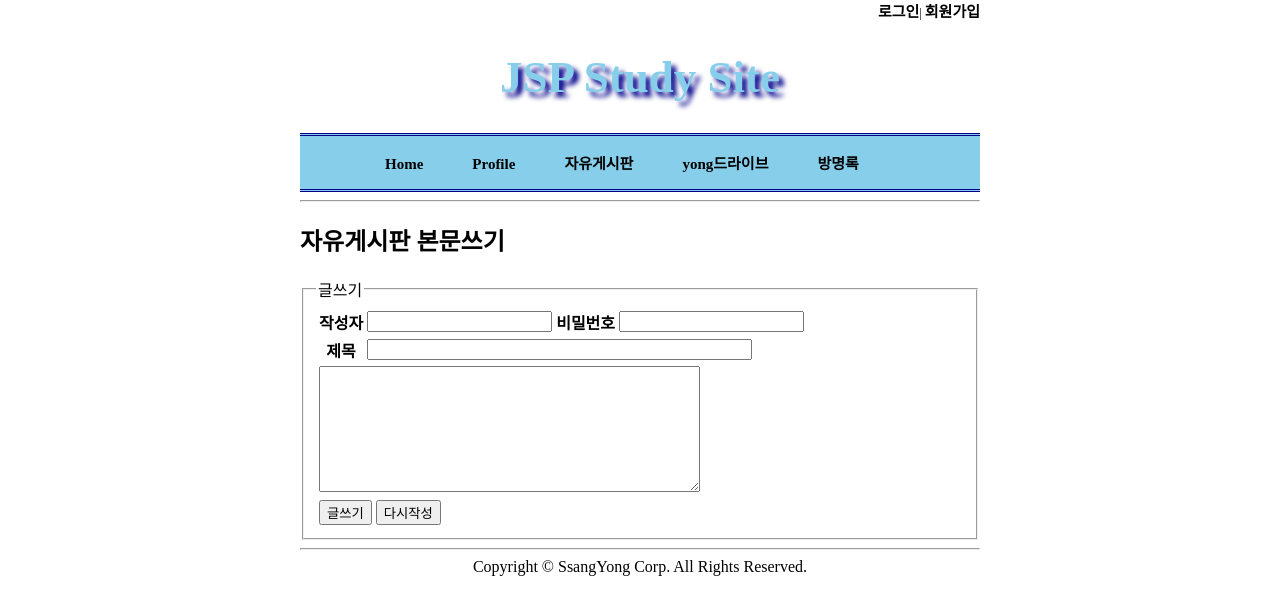
Repository: Rege-97/test
Page: http://localhost/myweb/bbs/bbsWrite.jsp
An editor plug-in stored every save of this project. The page is shown before and after the next save, followed by the edit.
The browser window is 1280 px wide. The pictures show the whole page.
The page is served by Tomcat 9. Other server files are loaded and not shown.

Above is the page before, as saved 2025-03-24 00:47:51.

### myweb/src/main/webapp/bbs/bbsWrite.jsp
<%@ page language="java" contentType="text/html; charset=UTF-8" pageEncoding="UTF-8"%>
<!DOCTYPE html>
<html>
<head>
<meta charset="UTF-8">
<title>Insert title here</title>
<link rel="stylesheet" type="text/css" href="../css/mainLayout.css">
</head>
<body>
	<%@include file="../header.jsp"%>
	<section>
		<article>
			<h2>자유게시판 본문쓰기</h2>
			<form name="bbsWrite" action="bbsWrite_ok.jsp">
				<fieldset>
					<legend>글쓰기</legend>
					<table>
						<tr>
							<th>작성자</th>
							<td>
								<input type="text" name="writer">
							</td>
							<th>비밀번호</th>
							<td>
								<input type="password" name="pwd">
							</td>
						</tr>
						<tr>
							<th>제목</th>
							<td colspan="3">
								<input type="text" name="title" size="45">
							</td>
						</tr>
						<tr>
							<td colspan="4">
								<textarea rows="8" cols="45" name="content"></textarea>
							</td>
						</tr>
						<tr>
						<td colspan="4">
						<input type="submit" value="글쓰기">
						<input type="reset" value="다시작성">
						</td>

						</tr>
					</table>
				</fieldset>
			</form>
		</article>
	</section>
	<%@include file="../footer.jsp"%>
</body>
</html>

### myweb/src/main/webapp/header.jsp
<%@ page language="java" contentType="text/html; charset=UTF-8" pageEncoding="UTF-8"%>
<jsp:useBean id="mdao" class="com.yong.member.MemberDAO"></jsp:useBean>
<!-- 상단으로 구분 -->
<script>
	function openLogin() {
		window
				.open('/myweb/member/login.jsp', 'login',
						'width=450 ,height=350');
	}
</script>
<%
String sname = (String) session.getAttribute("sname");
%>
<header>
	<%
	if (sname == null) {
	%>
	<div>
		<a href="javascript:openLogin()">로그인</a>| <a href="/myweb/member/memberJoin.jsp">회원가입</a>
	</div>
	<%
	} else {
	%>
	<div><%=sname%>님 로그인중... | <a href="/myweb/member/logout.jsp">로그아웃</a>
	</div>
	<%
	}
	%>


	<h1>JSP Study Site</h1>
	<!-- 메뉴 영역으로 구분 -->
	<nav>
		<ul>
			<li><a href="/myweb/index.jsp">Home</a></li>
			<li><a href="/myweb/profile.jsp">Profile</a></li>
			<li><a href="/myweb/bbs/bbsList.jsp">자유게시판</a></li>
			<li><a href="/myweb/webfolder/webfolder.jsp">yong드라이브</a></li>
			<li><a href="#">방명록</a></li>
		</ul>
	</nav>
	<hr>
</header>

### myweb/src/main/webapp/footer.jsp
<%@ page language="java" contentType="text/html; charset=UTF-8"
	pageEncoding="UTF-8"%>
<!-- 하단으로 구분 -->
<footer>
	<hr>
	<div>Copyright &copy; SsangYong Corp. All Rights Reserved.</div>
</footer>

### myweb/src/main/java/com/yong/member/MemberDAO.java
package com.yong.member;

import java.util.*;

import com.yong.emp.EmpDTO;

import java.sql.*;
import java.sql.Date;

public class MemberDAO {

	private Connection conn;
	private PreparedStatement ps;
	private ResultSet rs;

	public static final int NOT_ID = 1;
	public static final int NOT_PWD = 2;
	public static final int LOGIN_OK = 3;
	public static final int ERROR = -1;

	public MemberDAO() {

	}

	/** 회원가입 관련 메서드 */
	public int memberJoin(MemberDTO mdto) {

		try {
			conn = com.yong.db.YongDB.getConn();
			String sql = "insert into jsp_member values(jsp_member_idx.nextval," + "?,?,?,?,?,?,sysdate)";
			ps = conn.prepareStatement(sql);
			ps.setString(1, mdto.getId()); // dto로부터 getId가져옴
			ps.setString(2, mdto.getPwd());
			ps.setString(3, mdto.getName());
			ps.setString(4, mdto.getEmail());
			ps.setString(5, mdto.getTel());
			ps.setString(6, mdto.getAddr());
			int count = ps.executeUpdate(); // 결과 리턴해주면 비즈니스 로직 끝
			return count; // 리턴

		} catch (Exception e) {
			e.printStackTrace();
			return -1; // 무언가가 잘못됐을 경우 양수만 아니면 되므로 -1 넣어서 무언가 잘못됐다고 알려줌
		} finally {
			try {
				if (ps != null)
					ps.close();
				if (conn != null)
					conn.close();
			} catch (Exception e2) {
			}
		}
	}

	/** 아이디 중복검사 관련 메서드 */
	public boolean idCheck(String userid) {
		try {
			conn = com.yong.db.YongDB.getConn();
			String sql = " select * from jsp_member where id=?"; // 조회된 데이터가 있냐 없냐가 중요
			// id로 검색(검사)아이디 가져올거임

			ps = conn.prepareStatement(sql);
			ps.setString(1, userid);
			rs = ps.executeQuery(); // 있냐 ,없냐 판단하므로 데이터 가져올 필요없음//result에 물어보기만 하먄됨
			return rs.next(); // 데이터 있냐 있으면 true, 없으면 false가 자동으로 돌아감
		} catch (Exception e) {
			e.printStackTrace();
			return false; // 중복검사했을 때 통과될 수 있도록 false로 함
		} finally {
			try {

				if (rs != null)
					rs.close();
				if (ps != null)
					ps.close();
				if (conn != null)
					conn.close();
			} catch (Exception e2) {
			}
		}
	}

	/** 회원 검색 관련 메서드 */
	public ArrayList<MemberDTO> memberFind(String fkey, String fvalue) {
		try {
			conn = com.yong.db.YongDB.getConn();

			String sql = "select * from jsp_member where " + fkey + "=?";

			ps = conn.prepareStatement(sql);
			ps.setString(1, fvalue);
			rs = ps.executeQuery();

			ArrayList<MemberDTO> arr = new ArrayList<MemberDTO>();

			while (rs.next()) {
				int idx = rs.getInt("idx");
				String id = rs.getString("id");
				String pwd = rs.getString("pwd");
				String name = rs.getString("name");
				String email = rs.getString("email");
				String tel = rs.getString("tel");
				String addr = rs.getString("addr");
				Date joindate = rs.getDate("joindate");

				MemberDTO dto = new MemberDTO(idx, id, pwd, name, email, tel, addr, joindate);
				arr.add(dto);
			}

			return arr;
		} catch (Exception e) {
			e.printStackTrace();
			return null;
		} finally {
			try {

				if (rs != null)
					rs.close();
				if (ps != null)
					ps.close();
				if (conn != null)
					conn.close();
			} catch (Exception e2) {
			}
		}
	}

	public int loginCheck(String userid, String userpwd) {

		try {
			conn = com.yong.db.YongDB.getConn();
			String sql = "Select pwd from jsp_member where id=?";
			ps = conn.prepareStatement(sql);
			ps.setString(1, userid);
			rs = ps.executeQuery();

			if (rs.next()) {
				String dbpwd = rs.getString("pwd");
				if (dbpwd.equals(userpwd)) {
					return LOGIN_OK;
				} else {
					return NOT_PWD;
				}
			} else {
				return NOT_ID;
			}

		} catch (Exception e) {
			e.printStackTrace();
			return ERROR;
		} finally {
			try {
				if (rs != null)
					rs.close();
				if (ps != null)
					ps.close();
				if (conn != null)
					conn.close();
			} catch (Exception e2) {

			}
		}
	}

	public String getUserInfo(String userid) {
		try {
			conn = com.yong.db.YongDB.getConn();
			String sql = "Select name from jsp_member where id=?";
			ps = conn.prepareStatement(sql);

			ps.setString(1, userid);
			rs = ps.executeQuery();
			rs.next();
			return rs.getString(1);
		} catch (Exception e) {
			e.printStackTrace();
			return null;
		} finally {
			try {
				if (rs != null)
					rs.close();
				if (ps != null)
					ps.close();
				if (conn != null)
					conn.close();
			} catch (Exception e2) {

			}
		}

	}
}

### myweb/src/main/webapp/css/mainLayout.css
@charset "UTF-8";

body {
	width: 680px;
	margin: 0px auto;
}

header {
	width: 680px;
}

header div {
	text-align: right;
	font-size: 12px;
}

header h1 {
	text-align: center;
	font-size: 45px;
	color: skyblue;
	text-shadow: 5px 5px 5px darkblue;
}

header nav {
	background-color: skyblue;
	border-top: 3px double darkblue;
	border-bottom: 3px double darkblue;
}

header nav li {
	list-style-type: none;
	display: inline;
	padding-left: 45px;
}

header a {
	color: black;
	text-decoration: none;
	font-size: 15px;
	font-weight: bold;
}

section {
	width: 680px;
}

#mainImg {
	width: 300px;
	float: left;
}

#mainImg img {
	width: 300px;
	height: 250px;
}

#mainSubmenu {
	float: left;
}

footer {
	width: 680px;
	clear: both;
}

footer div {
	text-align: center;
}

After the next save:
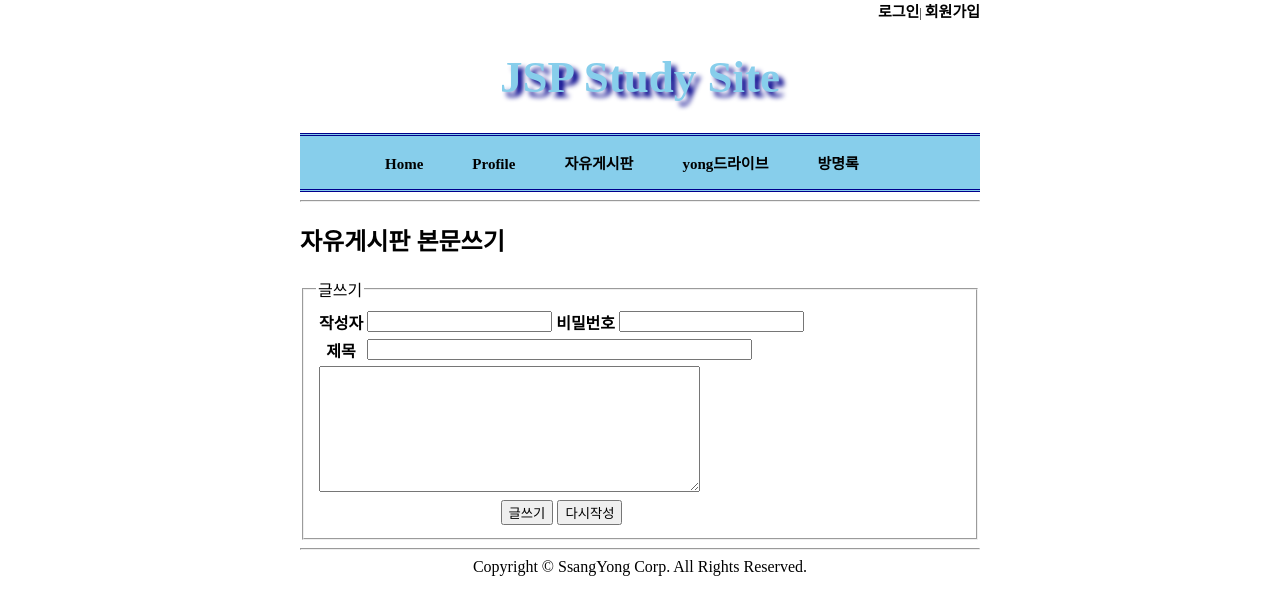
Saved 10 s later.
--- a/myweb/src/main/webapp/bbs/bbsWrite.jsp
+++ b/myweb/src/main/webapp/bbs/bbsWrite.jsp
@@ -37,7 +37,7 @@
 							</td>
 						</tr>
 						<tr>
-						<td colspan="4">
+						<td colspan="4" align="center">
 						<input type="submit" value="글쓰기">
 						<input type="reset" value="다시작성">
 						</td>
